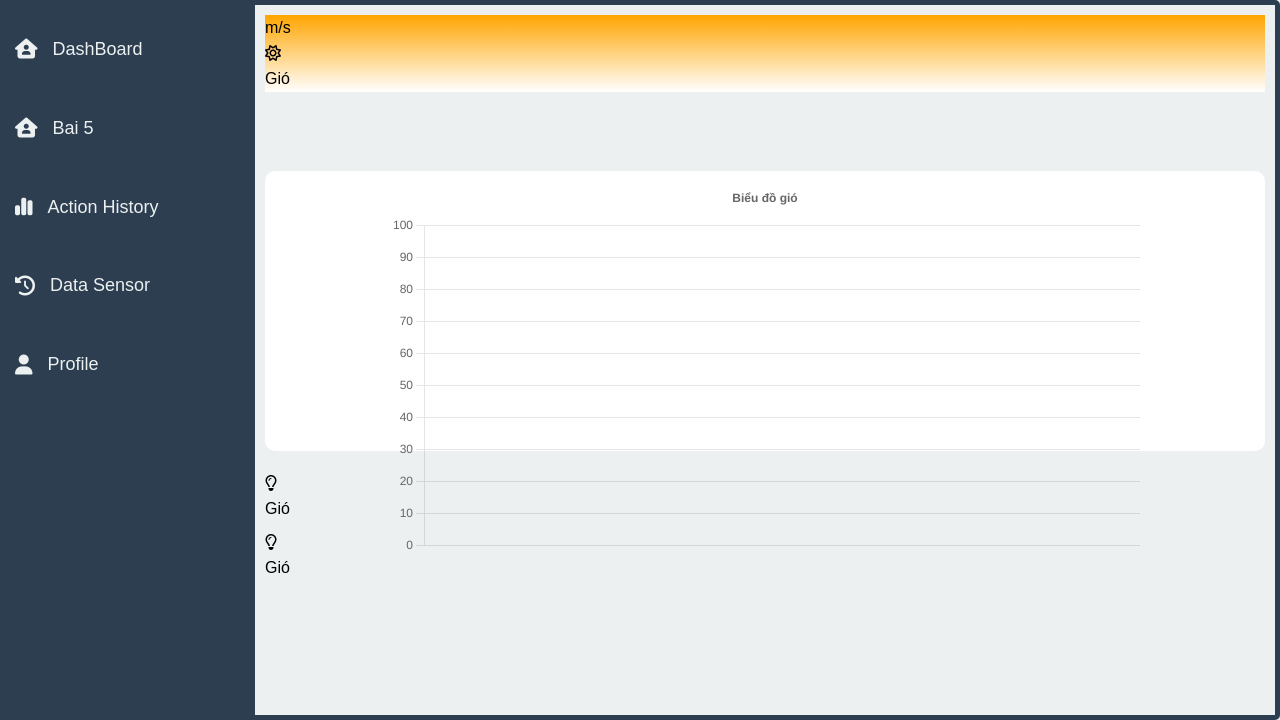
Repository: duongnoob23/duyyyy
Page: /bai5 (app in iot/)
An editor plug-in stored every save of this project. The page is shown before and after the next save, followed by the edit.
The browser window is 1280 px wide. The pictures show the whole page.
The page's requests for data from a server got no answer. Some web libraries are served in a nearby version. The project was rebuilt for these pictures with package versions that can differ from the ones it lists, and the page was loaded fresh each time. No one was signed in, and anything a server would have sent is missing. Also part of the build but not shown: iot/src/App.css, iot/src/Components/Doughnut/GaugeChart.js, iot/src/Components/LineChart/LineChartECharts.js, iot/src/Pages/Home/Home.js, iot/src/Pages/DataLogs/DataLogs.js, iot/src/Pages/Profile/Profile.css, iot/src/Pages/Profile/Profile.js, iot/src/Pages/Action/Action.js and 1 more.

Above is the page before, as saved 2024-12-02 21:05:14.

### iot/public/index.html
<!DOCTYPE html>
<html lang="en">
  <head>
    <meta charset="utf-8" />
    <link rel="icon" href="%PUBLIC_URL%/favicon.ico" />
    <meta name="viewport" content="width=device-width, initial-scale=1" />
    <meta name="theme-color" content="#000000" />
    <meta
      name="description"
      content="Web site created using create-react-app"
    />
    <link rel="apple-touch-icon" href="%PUBLIC_URL%/logo192.png" />
    <!--
      manifest.json provides metadata used when your web app is installed on a
      user's mobile device or desktop. See https://developers.google.com/web/fundamentals/web-app-manifest/
    -->
    <link rel="manifest" href="%PUBLIC_URL%/manifest.json" />
    <!--
      Notice the use of %PUBLIC_URL% in the tags above.
      It will be replaced with the URL of the `public` folder during the build.
      Only files inside the `public` folder can be referenced from the HTML.

      Unlike "/favicon.ico" or "favicon.ico", "%PUBLIC_URL%/favicon.ico" will
      work correctly both with client-side routing and a non-root public URL.
      Learn how to configure a non-root public URL by running `npm run build`.
    -->
    <link rel="stylesheet" href="https://cdnjs.cloudflare.com/ajax/libs/font-awesome/6.6.0/css/all.min.css" integrity="sha512-Kc323vGBEqzTmouAECnVceyQqyqdsSiqLQISBL29aUW4U/M7pSPA/gEUZQqv1cwx4OnYxTxve5UMg5GT6L4JJg==" crossorigin="anonymous" referrerpolicy="no-referrer" />
    <title>React App</title>
    <script src="https://code.highcharts.com/highcharts.js"></script>
  </head>
  <body>
    <noscript>You need to enable JavaScript to run this app.</noscript>
    <div id="root"></div>
    <!--
      This HTML file is a template.
      If you open it directly in the browser, you will see an empty page.

      You can add webfonts, meta tags, or analytics to this file.
      The build step will place the bundled scripts into the <body> tag.

      To begin the development, run `npm start` or `yarn start`.
      To create a production bundle, use `npm run build` or `yarn build`.
    -->
  </body>
</html>

### iot/src/index.js
import React from 'react';
import { DatePicker } from 'antd';
import ReactDOM from 'react-dom/client';
import './index.css';
import App from './App';
import reportWebVitals from './reportWebVitals';
import { BrowserRouter } from 'react-router-dom';


const root = ReactDOM.createRoot(document.getElementById('root'));
root.render(
  // <React.StrictMode>
  <BrowserRouter>
    <App />
  </BrowserRouter>

  // </React.StrictMode>
);


reportWebVitals();

### iot/src/index.css
body {
  margin: 0;
  font-family: -apple-system, BlinkMacSystemFont, 'Segoe UI', 'Roboto', 'Oxygen',
    'Ubuntu', 'Cantarell', 'Fira Sans', 'Droid Sans', 'Helvetica Neue',
    sans-serif;
  -webkit-font-smoothing: antialiased;
  -moz-osx-font-smoothing: grayscale;
}

code {
  font-family: source-code-pro, Menlo, Monaco, Consolas, 'Courier New',
    monospace;
}

*{
  box-sizing: border-box;
  font-family: Arial, Helvetica, sans-serif;
}

html{
  font-size: 62.5%;
}

ul,li{
  list-style-type: none;
  margin: 0;
  padding:0;
}
a{
  text-decoration: none;
}

body{
  margin: 0;
  padding: 0;

}

### iot/src/App.js
// import logo from './logo.svg';
import './App.css';
import Layout from './Components/Layout/Layout';
import { Routes,Route} from 'react-router-dom';
import Home from './Pages/Home/Home';
import DataLogs from './Pages/DataLogs/DataLogs';
import Profile from './Pages/Profile/Profile';
import Action from './Pages/Action/Action';
import Bai5 from './Pages/Bai5/Bai5';
function App() {
  return (
    <>

      <Routes>
          <Route path="/" element = {<Layout/>}>
            <Route path='home' element={<Home/>}/>
            <Route path='bai5' element={<Bai5 />}/>
            <Route path='datalogs' element={<DataLogs/>}/>
            <Route path='profile' element={<Profile/>}/>
            <Route path='action' element={<Action/>}/>
          </Route>
      </Routes>
    </>
  );
}

export default App;

### iot/src/Components/Layout/Layout.js
import './Layout.css'
import { Link, Outlet, } from "react-router-dom";
// import { useState } from "react";

function Layout(){

    return (
        <>

        <div className="dashBoard">
        <div className="sideBar">
            <ul className="sideBar-list">
                <li className="sideBar-item">
                    {/* <a  href="#" className="sideBar-icon">
                        <i className="fa-solid fa-house-user">
                        </i>
                        <span className='sideBar-text'>DashBoard</span>
                    </a> */}
                    <Link className='sideBar-icon' to={"/home"}>
                        <i className="fa-solid fa-house-user">
                        </i>
                        <span className='sideBar-text'>DashBoard</span>
                    </Link>
                </li>
                <li className="sideBar-item">
                    <Link className='sideBar-icon' to={"/bai5"}>
                        <i className="fa-solid fa-house-user">
                        </i>
                        <span className='sideBar-text'>Bai 5</span>
                    </Link>
                </li>
                <li className="sideBar-item">
                <Link  className="sideBar-icon" to={"/action"}>
                    <i className="fa-solid fa-chart-simple"></i>
                        <span className='sideBar-text'>Action History</span>
                    </Link>
                </li>
                <li className="sideBar-item">
                    <Link className="sideBar-icon" to={"/datalogs"} >
                    <i className="fa-solid fa-clock-rotate-left"></i>
                        <span className='sideBar-text'> Data Sensor</span>
                    </Link>
                </li>
                <li className="sideBar-item">

                    <Link className="sideBar-icon" to={"/profile"}>
                        <i className="fa-solid fa-user"></i>
                        <span className='sideBar-text'>Profile</span>
                    </Link>
                </li>
            </ul>
        </div>
        <div className="sideMain">
            <Outlet/>
        </div>
    </div>
        </>
    )
}

export default Layout;

### iot/src/Components/Layout/Layout.css


/* Reset default padding and margins */
* {
    margin: 0;
    padding: 0;
    box-sizing: border-box;
}

/* DashBoard container */
.dashBoard {
    display: flex;
    height : 100vh;
    font-family: 'Roboto', sans-serif;
}

/* SideBar styling */
.sideBar {
    width: 250px;
    background-color: #2c3e50;
    padding: 20px 0;
    position: fixed;
    height: 100%;
    transition: all 0.3s ease;
}

.sideBar-list {
    list-style: none;
    padding-left: 0;
}

.sideBar-item {
    margin-bottom: 20px;
}

.sideBar-icon {
    display: flex;
    align-items: center;
    padding: 15px;
    color: #ecf0f1;
    text-decoration: none;
    transition: background 0.3s ease, color 0.3s ease;
}

.sideBar-icon i {
    margin-right: 15px;
    font-size: 20px;
}

/* Hover effect for sidebar items */
.sideBar-icon:hover {
    background-color: #34495e;
    color: #1abc9c;
    cursor: pointer;
    padding-left: 25px; /* Add a slide effect */
    transition: all 0.3s ease;
}

.sideBar-text {
    font-size: 18px;
}

/* Active link effect */
.sideBar-icon.active {
    background-color: #1abc9c;
    color: #fff;
    border-radius: 8px;
    transition: all 0.3s ease;
}

/* SideMain styling */
.sideMain {
    margin-left: 250px;
    background-color: #ecf0f1;
    flex-grow: 1;
}

/* Responsive Design */
@media screen and (max-width: 768px) {
    .sideBar {
        width: 200px;
    }

    .sideBar-icon {
        padding: 10px;
    }

    .sideMain {
        margin-left: 200px;
        padding: 20px;
    }
}

@media screen and (max-width: 576px) {
    .sideBar {
        width: 60px;
    }

    .sideBar-icon i {
        margin-right: 0;
        text-align: center;
        flex: 1;
    }

    .sideBar-text {
        display: none;
    }

    .sideMain {
        margin-left: 60px;
        padding: 10px;
    }
}

### iot/src/Pages/Home/Home.css
/* General Styling */
.main {
    display: flex;
    flex-direction: column;
    height : 100%; /* Chiếm toàn bộ chiều cao của màn hình */

    box-sizing: border-box; /* Đảm bảo padding không làm thay đổi kích thước */
}

.section {
  width: 100%;
  height : 100%;
}



.section-one{
    width: 100vh;
    height : 100%;
    display: flex;
    flex-direction: row;

}

.left{
  width: 75%;
}

.right{
  width: 25%;
}

.sensor{
    height: 30%;
}


.sensor-list {
    height: 100%;
    display: flex;
    list-style-type: none;
    padding: 0;
    margin: 0;
    justify-content: space-between; /* Rải đều các phần tử trong container */
    width: 100%; /* Chiếm toàn bộ chiều rộng của màn hình */
}

.sensor-item {
    flex: 1; /* Các phần tử sẽ tự động chiếm đều không gian */
    /* padding: 5px; */
    background-color: #ffffff;
    border-radius: 12px;
    box-shadow: 0 4px 12px rgba(0, 0, 0, 0.1);
    display: flex;
    flex-direction: column;
    align-items: center;
    text-align: center;
    margin: 10px;
    min-width: 50px; /* Đảm bảo các phần tử không quá nhỏ */
}
  .sensor-item .sensor-digit {
    font-size: 1.2em;
    font-weight: bold;
    margin-bottom: 5px;
    color: #333;
  }

  .sensor-item:nth-child(2){
    /* margin:10px 20px; */
  }

  .sensor-bar {
    width: 100%;
    height: 100px;
    background-color: #e0e0e0;
    border-radius: 8px;
    position: relative;
    overflow: hidden;
    margin: 10px 0;
  }

  .sensor-fill {
    position: absolute;
    bottom: 0;
    width: 100%;
    border-radius: 8px;
  }

  .sensor-item.light .sensor-fill {
    background-color: #ffb74d; /* Soft orange for light */
  }

  .sensor-item.temperature .sensor-fill {
    background-color: #ef5350; /* Soft red for temperature */
  }

  .sensor-item.humidity .sensor-fill {
    background-color: #42a5f5; /* Soft blue for humidity */
  }

  .label {
    font-size: 0.9em;
    font-weight: 600;
    color: #777;
  }
  /* Chart Section */
  .chart {
    height: 70%;
    width: 100%;
    /* margin-top: 20px; */
    /* margin: 15px; */
    padding: 0;
  }
.styleChart{
  aspect-ratio: 7/3;
}
  /* Electric Section */
  .electric {
    width: 100%;
    margin-top: 5px;
  }

  .electric-list {
    list-style: none;
    padding: 0;
    margin: 0;
    display: flex;
    flex-direction: column;
    justify-content: space-around;
    gap: 15px;
  }

  .electric-item {
    /* flex: 1; */
    text-align: center;
    padding: 20px;
    background-color: #f9f9f9;
    border-radius: 10px;
    box-shadow: 0px 4px 10px rgba(0, 0, 0, 0.1);
    transition: transform 0.3s ease, box-shadow 0.3s ease;
    width: 300px;
  }




  .electric-box {
    position: relative;
    margin-bottom: 10px;
  }

  .electric-input {
    display: none;
  }

  .electric-label {
    display: block;
    width: 60px;
    height: 30px;
    background-color: #ddd;
    border-radius: 15px;
    position: relative;
    cursor: pointer;
    transition: background-color 0.3s;
  }



  .electric-input:checked + .electric-label {
    background-color: #4caf50;
  }

  .electric-input:checked + .electric-label:before {
    left: 31px;
  }

  .on-off {
    font-weight: bold;
    margin-top: 8px;
    font-size: 16px;
  }

  .electric-item i {
    font-size: 36px;
    color: #4caf50;
  }

  .electric-item .light-icon,
  .electric-item .temp-icon,
  .electric-item .air-icon {
    color: #aaa;
  }

/* css button  */

### iot/src/Components/Helper/URL.js
export const URL = "http://localhost:3001";

### iot/src/Pages/DataLogs/DataLogs.css
*{
    box-sizing: border-box;
}
.table {
    width: 90%;
    border-collapse: collapse;
    margin: 10px;
    border-radius:10px;
    overflow: hidden;
}

.data{
    border:5px solid #2c3e50;
    border-radius: 0 5px 5px 0;
    height: 100%;
}

.table__body{
    border-radius: 10px;
    border: 2px solid #2c3e50;
}

.table__head{
    border: 2px solid #2c3e50;
}
th, td {
    padding: 10px;
    text-align: center;
    border-bottom: 1px solid #ddd;
}
th {
    background-color: #2c3e50;
    color: white;
}

.table-row__body{
    transition: all 0.1s linear;

}
.table-row__body:nth-child(even){
    background-color: #eee;

}
.table-row__body:hover{
    background-color: #2c3e50;
    color: #F4C427;

}

.table-row__body:active{
    background-color: #2c3e50;
    color: #F4C427;
}
.data__title{
    margin-left: 10px;
    font-size: 20px;
    font-weight: bold;
}

.data__sort{
    margin-left: 10px;
    font-size: 15px;
    font-weight: bold;
    margin-bottom: 10px;

}

.data__in{
    border-radius: 10px;
    border: 2px solid #7A40F2;
    margin: 10px;
}

### iot/src/Pages/Action/Action.css
* {
    box-sizing: border-box;
    font-family: 'Arial', sans-serif; /* Change this to your preferred font */
    font-size: 16px; /* Default font size */
    line-height: 1.6; /* Controls line spacing */
}


.action {
    border: 5px solid #2c3e50;
    border-radius: 0 5px 5px 0;
    height: 100vh; /* Full viewport height */
    display: flex;
    flex-direction: column;
    justify-content: space-between; /* Distribute space evenly */
}

.action-title {
    margin-left: 10px;
    font-size: 24px;
    font-weight: bold;
    margin-bottom: 20px;
}

.option {
    display: flex;
    align-items: center;
    margin-bottom: 20px;
}

.search {
    margin-left: 20px;
    display: flex;
    align-items: center;
}

.search__input {
    padding: 8px 15px;
    border-radius: 8px;
    outline: none;
    border: 1px solid #2c3e50;
    margin-right: 5px;
    font-size: 16px;
}

.search__icon {
    cursor: pointer;
    font-size: 20px;
    color: #2c3e50;
}

.select, .select2 {
    margin-left: auto;
    padding: 0 10px;
}

.select__list {
    padding: 8px 12px;
    border-radius: 8px;
    border: 1px solid #2c3e50;
    outline: none;
    font-size: 16px;
}

/* Table container to control overflow */
.table__container {
    flex-grow: 1;
    overflow-y: auto;
    border-radius: 10px;
    margin: 0 20px;
    padding-bottom: 20px;
}

.table {
    width: 100%;
    border-collapse: collapse;
}

.table__head {
    background-color: #2c3e50;
    color: white;
    border-radius: 10px 10px 0 0;
}

.table-row__head th, .table-row__body td {
    padding: 10px;
    text-align: center;
}

.table-row__body:nth-child(even) {
    background-color: #f7f7f7;
}

.table-row__body:hover {
    background-color: #2c3e50;
    color: #F4C427;
}

/* Maintain height to ensure 10 rows fill the page */
.table-row__body {
    height: 40px; /* Adjust this based on design preferences */
    transition: background-color 0.3s;
}

.table__body {
    border-radius: 0 0 10px 10px;
}

.pagination {
    margin-right: 20px;
    padding: 10px 0;
    text-align: right;
}

.pagi__list {
    display: flex;
    justify-content: flex-end;
    align-items: center;
    font-size: 16px;
}

.pagi__item {
    margin: 0 5px;
    cursor: pointer;
    padding: 5px 10px;
    border: 1px solid #3498db;
    border-radius: 5px;
    transition: background-color 0.3s;
}

.pagi__next, .pagi__pre {
    color: #3498db;
}

.pagi__cur {
    font-weight: bold;
    color: #fff;
    background-color: #15181b;
    border-radius: 5px;
    padding: 5px 10px;
}

/* Ensure last row visibility */
.table__container::-webkit-scrollbar {
    width: 6px;
}

.table__container::-webkit-scrollbar-thumb {
    background-color: #121518;
    border-radius: 10px;
}

### iot/src/Pages/Bai5/Bai5.css
.main{
    width: 100%;
    padding:10px;
    height: 100%;
    border:5px solid #2c3e50;
    border-radius: 0 5px 5px 0;
}


.section{
    display: flex;
    flex-direction: column;
}

.section .section-one{
    width: 100%;
}



.electric{
    background-color: white;
    /* padding:10px; */
    border-radius: 15px;
    /* margin-bottom: 15px; */
}

.electric-list{
    display: flex;
    justify-content: center;
    align-items: center;
    margin-left: -20px;
    height: 100%;
}

.electric-item{
    width: 80%;
    height: calc(100% / 3 - 10px);
    margin-left: 20px;
    /* background-color: white; */
    border-radius: 10px;
    padding: 10px;
    box-shadow: rgba(0, 0, 0, 0.35) 0px 5px 15px;
    color:#2c3e50;
    display: flex;
    flex-direction: column;
    justify-content: space-between;
    font-size: 15px;
    transition: all 0.25s linear;
    position: relative;
    /* cursor: pointer; */
}

/* .electric-item:hover{
    background-color: #2c3e50;
    color: white;
    box-shadow: #2c3e50 3px 3px 9px 0px;
} */

.electric-item i{
    font-size: 40px;
}

.electric-item .on-off{
    font-size: 20px;
    color: black;
    margin-top: 0;
}

.electric-item:hover .on-off{
    /* color:white; */
}

.electric-input{
    display: none;
}

.electric-input:checked + .electric-label{
    background-color: #2c3e50;
    box-shadow: white 0px 5px 15px;
}

.electric-input:checked + .electric-label:after{
    background-color: white;
    transform: translateX(17px);
}
.electric-input:checked .temperature{
    color: #2c3e50;
}


.electric-label{
    position: absolute;
    top:20px;
    right: 20px;
    width: 36px;
    height: 20px;
    border-radius: 20px;
    background-color: #F5F5F5;
    transition: all 0.25s linear;
    cursor: pointer;
}

.electric-label:after{
    cursor: pointer;
    content: "";
    position:  absolute;
    top:1px;
    left: 1px;
    width: 18px;
    height: 18px;
    border-radius: 50%;
    background-color: white;
    transition: all 0.25s linear;
    box-shadow: rgba(0, 0, 0, 0.35) 0px 5px 15px;
}

.electric-item .electric-light{
    display: inline-block;
    font-size: 40px;
    color: black;
    transition: all 0.4s linear;
    display: flex;
    justify-content: center;
    align-items: center;
}
.electric-item .electric-light.show{
    color: yellow;
    /* box-shadow: 0 0 3px 3px yellow; */
    filter: drop-shadow(0 0 10px rgba(255, 255, 0, 0.8)) drop-shadow(0 0 20px rgba(255, 255, 0, 0.642));
}

.electric-item .electric-air{
    display: flex;
    justify-content: center;
    align-items: center;
    color:black;
}

.electric-item .electric-air.show{
    content: "";
    animation:spin 2s linear infinite;
    color:#3acbe9;
    transition: all 0.4s linear;
}

.electric-item .electric-temperature{
    display: flex;
    justify-content: center;
    align-items: center;
    color:black;
}

.electric-item .electric-temperature.show{
    /* color: linear-gradient(to top,red ,yellow ); */
    background-image: linear-gradient(to top,red,yellow);
    color:transparent;
    background-clip: text;
    transition: all 0.4s linear;
}

@keyframes spin {
    to{
        transform: rotate(720deg);
    }
  }

.meter{
    background-color: white;
    padding:10px;
    border-radius: 15px;
    margin-bottom: 5px;
}

.meter-list{
    display: flex;
    justify-content: center;
    align-items: center;
    margin-left: -20px;
}

.meter-item{
    width: calc(100% / 3 - 20px);
    height: 120px;
    margin-left: 20px;
    /* background-color: white; */
    border-radius: 10px;
    padding: 10px;
    box-shadow: rgba(0, 0, 0, 0.35) 0px 5px 15px;
    color:black;
    display: flex;
    flex-direction: column;
    justify-content: space-between;
    font-size: 18px;
    transition: all 0.25s linear;
    position: relative;
}
.meter-item:first-child{
    /* background-image: linear-gradient(to bottom,#F4C427,white); */
    background-color: #f4c427;
    }



.meter-item:last-child{
    /* background-image: linear-gradient(to bottom,#3ACBE9,white); */
    background-color: #3acbe9;
}

.meter-item:nth-child(2){
    /* background-image: linear-gradient(to bottom,#FF9060,white); */
    background-color: #FF9060;
}

.meter-digit
{
    text-align: start;
    font-size: 24px;
    font-weight: white;
}

.chart{
    width: 100%;
    height: 45%;
    border-radius: 10px;
    background-color: white;
    padding:10px;
    margin-bottom: 20px;
}



.blink {
    background-color: yellow;
    animation: blink 1s infinite;
  }

  @keyframes blink {
    0%, 100% {
      background-color: yellow;
    }
    50% {
      background-color: transparent;
    }
  }


.bai5{
    width: 100%;
    height: 25%;
}

.control{
    width: 100%;
    height: 25%;
}

### iot/src/Components/LineChart/LineChartFix.js
import React, { useEffect,useState } from 'react';
import { Line } from 'react-chartjs-2';
import { Chart as ChartJS, CategoryScale, LinearScale, PointElement, LineElement, Title, Tooltip, Legend } from 'chart.js';
import {URL} from '../Helper/URL';
ChartJS.register(CategoryScale, LinearScale, PointElement, LineElement, Title, Tooltip, Legend);



const LineChartFix = ({onDataUpdate}) => {


  const [dataChart,setDataChart] = useState({
    labels:[],
    datasets:[],
  })
  // console.log(onDataUpdate);
  const fetchApi = () => {
    fetch(URL + `/windspeed`)
      .then(res => res.json())
      .then(data => {
        if (data) {
          console.log(data);

          // Adding index (increasing order) to the data
          let indexedData = data.results.map((item, index) => ({
            ...item,
            index: index + 1 // Adding index starting from 1
          }));

          // Extract time, temperature, humidity, and light values
          let time = indexedData.map(item => item.time);
          let temperature = indexedData.map(item => item.temperature);
          let humidity = indexedData.map(item => item.humidity);
          let light = indexedData.map(item => item.light / 10);
          let windspeed = indexedData.map(item => item.light/10 + 13);
          setDataChart({
            labels: time,
            datasets: [
              {
                label: 'Tốc độ gió ',
                data: windspeed,
                borderColor: 'rgba(255, 206, 86, 1)',
                backgroundColor: 'rgba(255, 206, 86, 0.2)',
                tension: 0.4,
              },
            ],
          });

          const option = {
            windspeed: windspeed[windspeed.length - 1 ],
          };

          onDataUpdate(option);
        }
      });
  };

  useEffect(() => {
    fetchApi(); // Lần gọi đầu tiên ngay khi component mount

    // const interval = setInterval(() => {
    //   fetchApi(); // Gọi API mỗi 5 giây (5000ms)
    // }, 5000);

    // return () => clearInterval(interval); // Dọn dẹp interval khi component unmount
  }, []);


  const options = {
    responsive: true,
    plugins: {
      legend: {
        position: 'top',
      },
      title: {
        display: true,
        text: 'Biểu đồ gió',
      },
    },
    scales: {
      y: {
        beginAtZero: true,
        max: 100, // Đặt giá trị tối đa cho trục y
      },
    },
  };


  return (
    <div style={{ maxWidth: '750px', margin: '0 auto' }}>
      <Line data={dataChart} options={options}  />
    </div>
  );
};

// onDataUpdate={handleDataUpdate}
export default LineChartFix;

Loaded but not shown: iot/src/reportWebVitals.js (common file); iot/src/Pages/Bai5/Bai5.js (121 lines, source omitted)

After the next save:
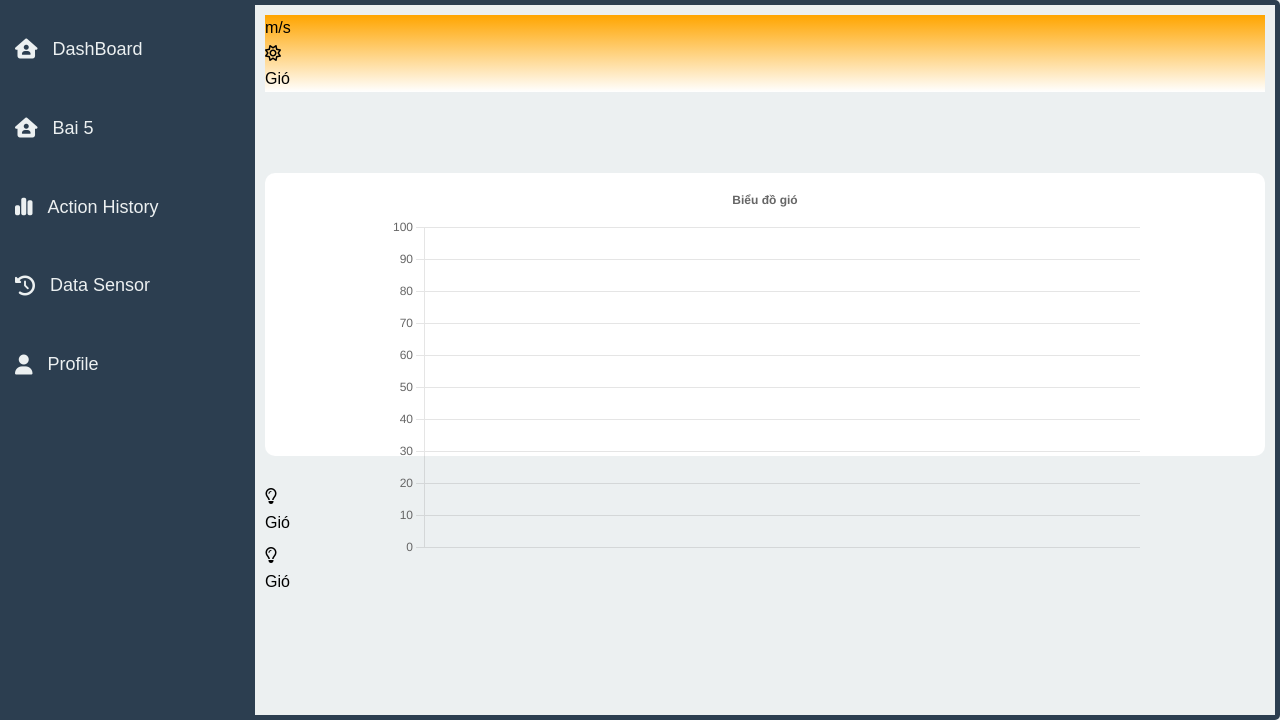
Saved 38 s later.
--- a/iot/src/Pages/Bai5/Bai5.css
+++ b/iot/src/Pages/Bai5/Bai5.css
@@ -12,8 +12,10 @@
     flex-direction: column;
 }
 
-.section .section-one{
-    width: 100%;
+.section .section-two{
+    width: 100%;
+    display: flex;
+        flex-direction: column;
 }
 
 
